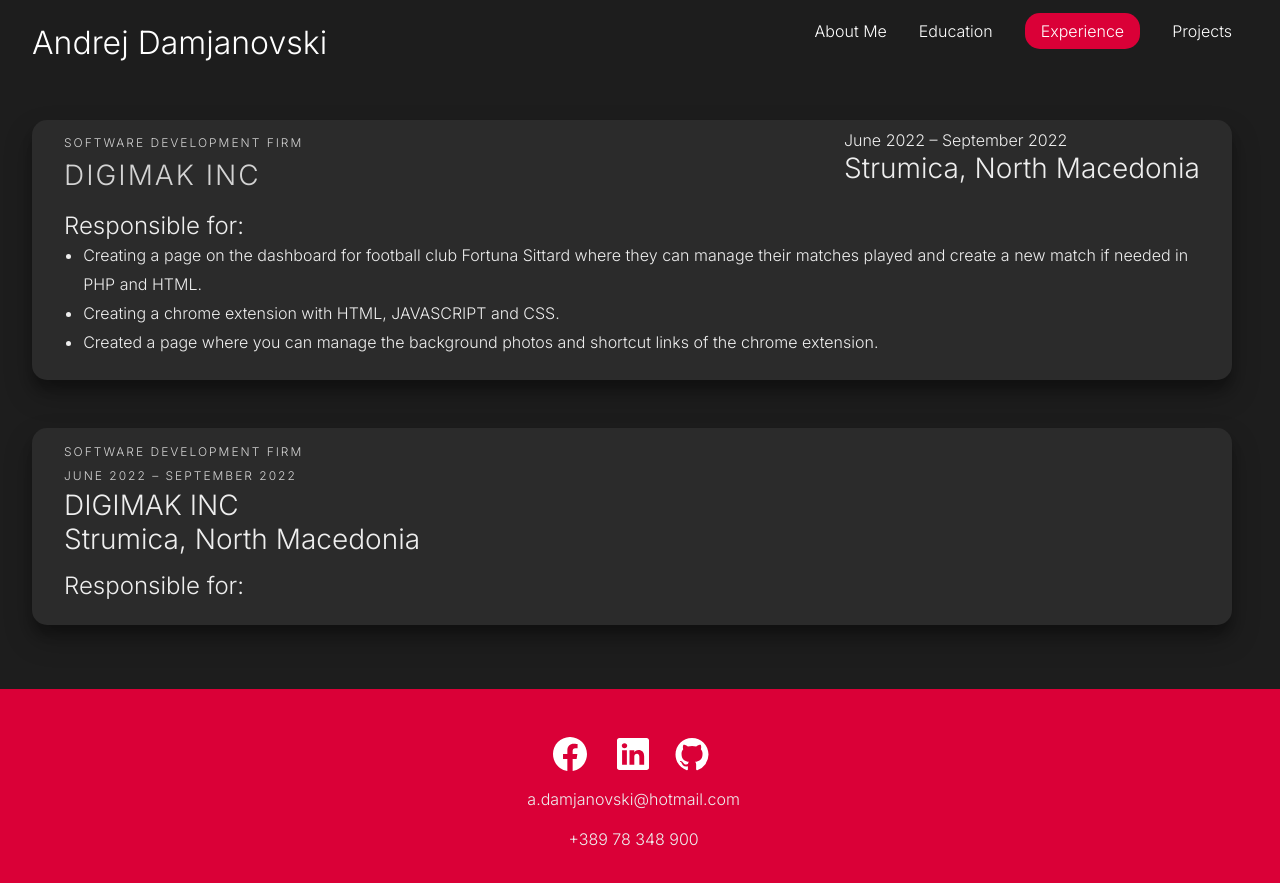
Repository: ADamjanovski/portfolio
Page: experience.html
These files come from the project's save history. The page is drawn as it stood at one moment and after the next save; the edit follows.
The browser window is 1280 px wide. The pictures show the whole page.

Above is the page before, as saved 2023-07-03 12:07:17.

After the next save:
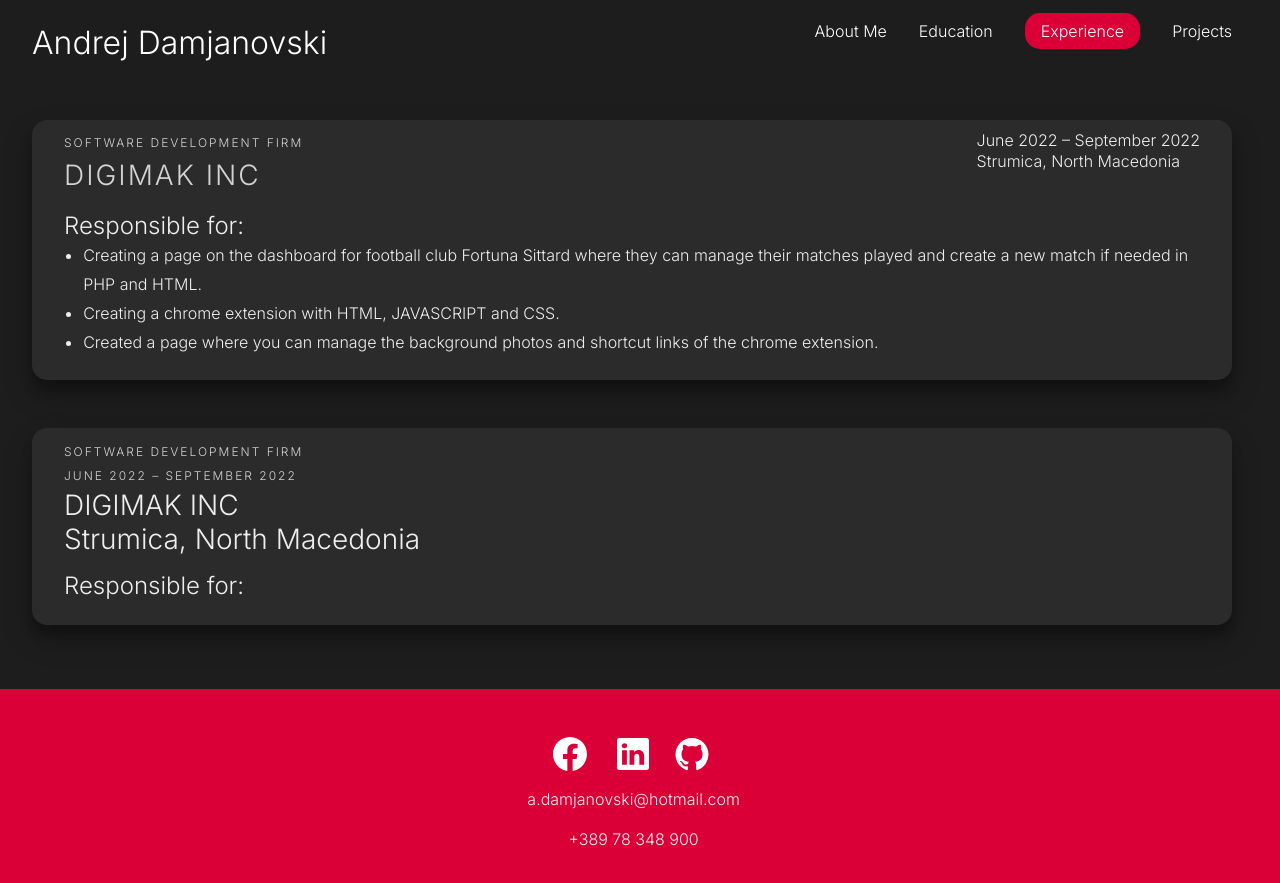
Saved 18 s later.
--- a/experience.html
+++ b/experience.html
@@ -54,7 +54,7 @@
             </div>
             <div class="Company-details">
                 <p>June 2022 – September 2022</p>
-                <h3>Strumica, North Macedonia</h3>
+                <h6>Strumica, North Macedonia</h6>
             </div>
         </div>
         <div class="responsible">
